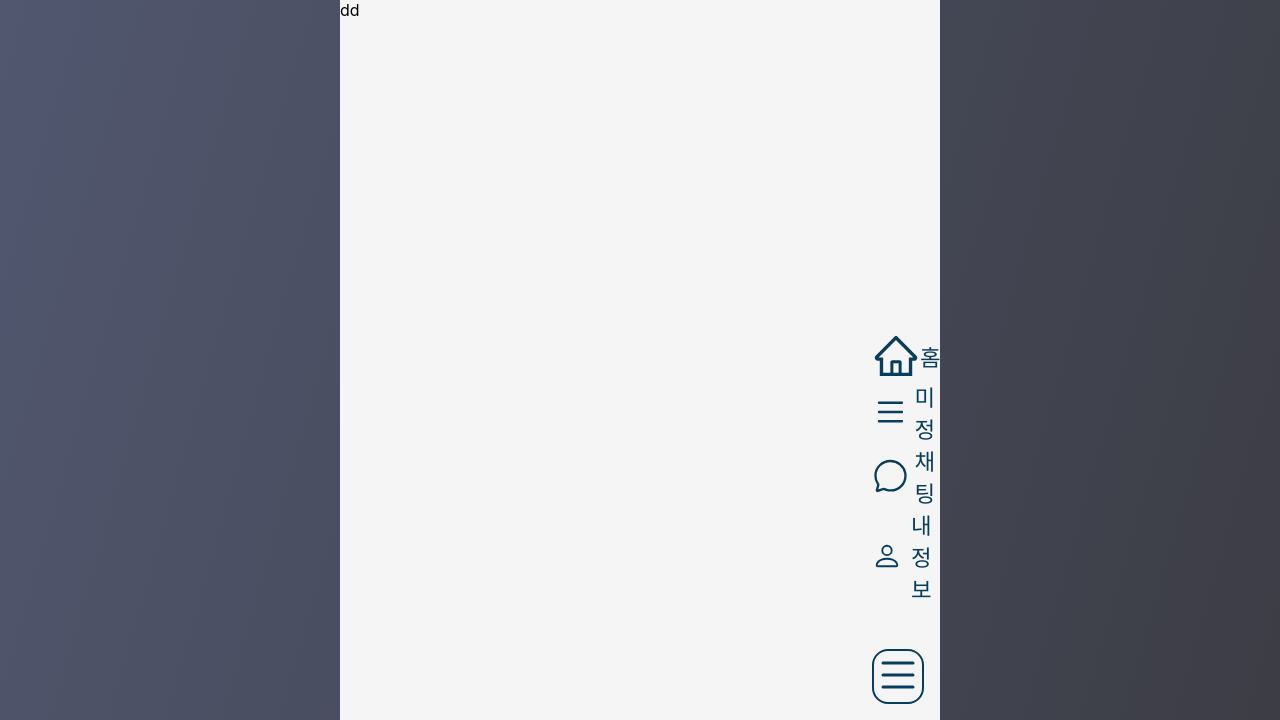
Repository: SeungYn/hanium
Page: /
The author's editor kept a copy of each file at every save. The page is drawn from the files as they stood at one save, then again after the next save.
The browser window is 1280 px wide. The pictures show the whole page.
The project was rebuilt for these pictures with package versions that can differ from the ones it lists, and the page was loaded fresh each time. Also part of the build but not shown: src/App.css, src/components/ReadPopup/ReadPopup.module.css, src/components/ReadPopup/ReadPopup.jsx, src/pages/login/Login.jsx.

Above is the page before, as saved 2022-10-27 13:36:46.

### src/index.js
import React from 'react';
import ReactDOM from 'react-dom/client';
import './index.css';
import App from './App';

import { AuthErrorEventBus, AuthProvider } from './context/AuthContext';
import TokenStorage from './db/token';
import HttpClient from './network/http';
import AuthService from './service/auth';

const baseURL = 'https://d4a8ab3f9df191.lhr.life';
const tokenStorage = new TokenStorage();
const authErrorEventBus = new AuthErrorEventBus();
const httpClient = new HttpClient(baseURL, authErrorEventBus, tokenStorage);
const authService = new AuthService(httpClient, tokenStorage);

const root = ReactDOM.createRoot(document.getElementById('root'));
root.render(
  <React.StrictMode>
    <AuthProvider
      authService={authService}
      authErrorEventBus={authErrorEventBus}
      tokenStorage={tokenStorage}
    >
      <App authService={authService} />
    </AuthProvider>
  </React.StrictMode>
);

### src/index.css
:root {
  --color-darkBlue: #073d5d;
  --color-main: #42a5f5;
  --color-bg-dark: #f5f5f5;
  --color-bg: #fdfffd;
  --color-font: #073d5d;
  --color-accent: #073d5d;
  --color-font-accent: white;
  --color-error-bg: rgba(173, 173, 173, 0.401);
  --color-popup-bg: white;
  /* 사이즈 */
  --font-size-medium: 1.4rem;
  --font-size-small: 1rem;
}

* {
  box-sizing: border-box;
}

html,
body {
  height: 100%;
  width: 100%;
  margin: 0;
  background: rgb(81, 87, 111);
  background: linear-gradient(
    106deg,
    rgba(81, 87, 111, 1) 0%,
    rgba(60, 61, 69, 1) 100%
  );
  accent-color: var(--color-accent);
}
a {
  text-decoration: none;
  color: var(--color-font);
}
ul {
  padding: 0;
  margin: 0;
  list-style: none;
}
#root {
  height: 100%;
  width: 100%;
  max-width: 600px;
  background-color: var(--color-bg-dark);
  margin: auto;
  display: flex;
  flex-direction: column;
  position: relative;
}

button {
  cursor: pointer;
}
body {
  margin: 0;
  font-family: -apple-system, BlinkMacSystemFont, 'Segoe UI', 'Roboto', 'Oxygen',
    'Ubuntu', 'Cantarell', 'Fira Sans', 'Droid Sans', 'Helvetica Neue',
    sans-serif;
  -webkit-font-smoothing: antialiased;
  -moz-osx-font-smoothing: grayscale;
}

code {
  font-family: source-code-pro, Menlo, Monaco, Consolas, 'Courier New',
    monospace;
}

### src/App.js
import { useCallback } from 'react';
import { createBrowserRouter, RouterProvider } from 'react-router-dom';
import './App.css';
import FirstPage from './pages/firstPage/FirstPage';
import Root from './pages/Root';

// const router = createBrowserRouter([
//   {
//     path: '/',
//     element: <Root />,
//     children: [],
//   },
// ]);

function App({ authService }) {
  const router = useCallback(
    createBrowserRouter([
      {
        path: '/',
        element: <Root />,
        children: [
          { index: true, element: <FirstPage authService={authService} /> },
        ],
      },
    ]),
    [authService]
  );
  return <RouterProvider router={router} />;
}

export default App;

### src/context/AuthContext.jsx
import {
  createContext,
  createRef,
  useCallback,
  useContext,
  useEffect,
  useImperativeHandle,
  useMemo,
  useState,
} from 'react';
import ReadPopup from '../components/ReadPopup/ReadPopup';

import Login from '../pages/login/Login';

const AuthContext = createContext({});

const contextRef = createRef();

export function AuthProvider({
  authService,
  authErrorEventBus,
  children,
  tokenStorage,
}) {
  const [user, setUser] = useState(1);
  const [error, setError] = useState(null);

  const context = useMemo(() => ({}), []);

  const onLogin = async ({ loginId, password }) => {
    await authService
      .headerTokenLogin(loginId, password)
      .then((data) => {
        console.log(data);
        tokenStorage.saveUser({
          memberId: data.memberId,
          nickname: data.nickname,
        });
        setUser({ memberId: data.memberId, nickName: data.nickname });
        console.log(tokenStorage.getUser());
        return;
      })
      .catch((error) => {
        setError(error);
      });
  };

  const logout = useCallback(
    async () =>
      await authService.logout().then(() => {
        setUser(undefined);
      }),
    [authService]
  );

  useEffect(() => {
    authErrorEventBus.listen((err) => {
      console.log('err');
      console.log(err);
      setError(err);
      setUser(undefined);
      authService.logout();
    });
  }, [authErrorEventBus]);

  useEffect(() => {
    if (tokenStorage.getUser()) {
      setUser({ ...tokenStorage.getUser() });

      //nav('/');
    }

    //setUser({ token: localStorage.getItem('TOKEN') });
  }, []);

  return (
    <AuthContext.Provider value={context}>
      {user ? (
        children
      ) : (
        <>
          {error && (
            <ReadPopup content={error} onHandler={setError} type={'error'} />
          )}
          <Login authService={authService} onLogin={onLogin} />
        </>
      )}
    </AuthContext.Provider>
  );
}

export class AuthErrorEventBus {
  listen(callback) {
    this.callback = callback;
  }
  notify(error) {
    this.callback(error);
  }
}

export default AuthContext;
export const fetchToken = () => contextRef.current;
export const useAuth = () => useContext(AuthContext);

### src/db/token.js
const TOKEN = 'token';
const USER = 'user';
const USERNICKNAME = 'userNickName';
export default class TokenStorage {
  saveToken(token) {
    localStorage.setItem(TOKEN, token);
  }

  getToken() {
    return localStorage.getItem(TOKEN);
  }

  saveUser(user) {
    console.log(user);
    localStorage.setItem(USER, JSON.stringify(user));
    console.log(localStorage.getItem(USER));
  }

  getUser() {
    return JSON.parse(localStorage.getItem(USER));
  }

  clearToken() {
    console.log('토큰삭제');
    localStorage.clear(TOKEN);
  }
  clearUser() {
    console.log('유저삭제');
    localStorage.clear(USER);
  }
}

### src/network/http.js
export default class HttpClient {
  constructor(baseURL, authErrorEventBus, tokenStorage) {
    this.baseURL = baseURL;
    this.authErrorEventBus = authErrorEventBus;
    this.tokenStorage = tokenStorage;
  }

  async fetch(url, options) {
    console.log(`${this.baseURL}${url}`);
    let res = undefined;
    try {
      res = await fetch(`${this.baseURL}${url}`, {
        ...options,
        headers: {
          'Content-Type': 'application/json',
          ...options.headers,
        },
      });
    } catch (e) {
      const err = new Error('서버와 연결이 안됩니다.');
      throw err;
    }

    console.log(123);
    console.log(res);
    if (res.headers.get('Authorization')) {
      this.tokenStorage.saveToken(
        res.headers.get('Authorization').split(' ')[1]
      );
    }

    let data;
    console.log(res.headers);
    try {
      data = await res.json();
    } catch (error) {
      console.error('데이터 없어서 에러');
    }
    console.log(res);
    if (res.status > 299 || res.status < 200) {
      const message =
        data && data.message ? data.message : 'Something went wrong! 🤪';

      let error = new Error(message);

      if (res.status === 401) {
        console.log('401에러');
        error = new Error('로그인 정보가 잘 못 됐습니다.');
        this.authErrorEventBus.notify(error);
        return;
      }
      if (res.status === 400) {
        error.name = data.code ? data.code : '에러코드 등록 필요';
        console.log(error.message);
        throw error;
      }
      throw error;
    }

    return data;
  }
}

### src/service/auth.js
export default class AuthService {
  constructor(http, tokenStorage) {
    this.http = http;
    this.tokenStorage = tokenStorage;
  }

  //내 정보
  async getMyInfo() {
    const data = await this.http.fetch('/user', {
      method: 'GET',
      headers: this.getHeaders(),
    });
    return data;
  }

  //노드 /signup
  //스프링 /join
  async signup({
    nickname,
    loginId,
    password,
    email,
    sex,
    university,
    dept,
    sno,
  }) {
    console.log(nickname, loginId, password, email, sex, university, dept, sno);
    const data = await this.http.fetch('/auth/join', {
      method: 'POST',
      body: JSON.stringify({
        nickname,
        password,
        loginId,
        email,
        sex,
        university,
        dept,
        sno,
      }),
    });
    //this.tokenStorage.saveToken(data.token);
    return data;
  }

  //헤더로 토큰 받고 로그인
  async headerTokenLogin(loginId, password) {
    console.log(loginId, password);
    const data = await this.http.fetch(`/auth/login`, {
      method: 'POST',
      body: JSON.stringify({ loginId, password }),
    });
    // const res = await fetch(`${this.http.baseURL}/login`, {
    //   method: 'POST',
    //   headers: {
    //     'Content-Type': 'application/json',
    //   },
    //   body: JSON.stringify({ loginId, password }),
    // });

    // let data;
    // try {
    //   data = await res.json();
    // } catch (error) {
    //   console.error(error);
    // }

    // if (res.status > 299 || res.status < 200) {
    //   console.log('승유');
    //   const message =
    //     data && data.message ? data.message : 'Something went wrong! 🤪';
    //   const error = new Error(message);
    //   console.error('error = ', error);

    //   if (res.status === 401) {
    //     this.authErrorEventBus.notify(error);
    //   }
    //   if (res.status === 400) {
    //     error.name = data.code ? data.code : '에러코드 등록 필요';
    //     console.log(error.message);
    //     throw error;
    //   }
    //   throw error;
    // }
    // const token = res.headers.get('Authorization').split(' ')[1];
    // this.tokenStorage.saveToken(token);

    return data;
  }

  //노드서버 /idDuplicate
  //스프링서버 /duplicate-loginId
  async idDuplicateVerification(loginId) {
    const data = await this.http.fetch(`/auth/duplicate-loginId`, {
      method: 'POST',
      body: JSON.stringify({ loginId }),
    });
    return data;
  }

  async nicknameDuplicateVerification(nickname) {
    const data = await this.http.fetch(`/auth/duplicate-nickname`, {
      method: 'POST',
      body: JSON.stringify({ nickname }),
    });
    return data;
  }

  //이메일로 인증번호 받기
  async getEmailAuthenticationNumber(email) {
    console.log(email);
    const data = await this.http.fetch('/auth/mail-auth', {
      method: 'POST',
      body: JSON.stringify({
        email,
      }),
    });
    return data;
  }

  //인증번호 확인
  async authenticationNumberVerification(number) {
    const data = await this.http.fetch('/auth/mailcode-auth', {
      method: 'POST',
      body: JSON.stringify({
        code: number,
      }),
    });
    return data;
  }
  //노드서버 auth/login
  async login(loginId, password) {
    const data = await this.http.fetch('/auth/login', {
      method: 'POST',
      body: JSON.stringify({ loginId, password }),
    });
    this.tokenStorage.saveToken(data.token);
    return data;
  }

  async test() {
    const data = await this.http.fetch('/user', {
      method: 'GET',
      headers: this.getHeaders(),
    });
    return data;
  }

  async me() {
    const token = this.tokenStorage.getToken();
    return this.http.fetch('/me', {
      method: 'GET',
      headers: { Authorization: `Bearer ${token}` },
    });
  }

  async logout() {
    this.tokenStorage.clearToken();
    this.tokenStorage.clearUser();
  }

  getHeaders() {
    const token = this.tokenStorage.getToken();
    return {
      Authorization: `Bearer ${token}`,
    };
  }
}

### src/pages/firstPage/FirstPage.jsx
import React from 'react';

export default function FirstPage() {
  return <div>dd</div>;
}

### src/pages/Root.jsx
import React from 'react';
import { Outlet } from 'react-router-dom';
import Navbar from '../components/Navbar/Navbar';

export default function Root() {
  return (
    <>
      <Outlet />
      <Navbar />
    </>
  );
}

### src/components/Navbar/Navbar.jsx
import React, { useRef, useState } from 'react';
import { NavLink } from 'react-router-dom';
import styles from './Navbar.module.css';
import { AiOutlineHome } from 'react-icons/ai';
import { BsList, BsPerson } from 'react-icons/bs';
import { IoChatbubbleOutline } from 'react-icons/io5';
import { IconContext } from 'react-icons';

export default function Navbar() {
  const navMenuRef = useRef();
  const [navToggle, setNavToggle] = useState(false);
  const handleBtn = (e) => {
    setNavToggle((t) => !t);
  };
  console.log(navToggle ? styles.navAppear : styles.navDisappear);
  return (
    <nav className={styles.nav}>
      <IconContext.Provider value={{ className: styles.reactIcon }}>
        <div
          ref={navMenuRef}
          className={`${styles.navMenu} ${
            navToggle ? styles.navAppear : styles.navDisappear
          }`}
        >
          <NavLink
            to='/'
            className={({ isActive }) =>
              isActive
                ? `${styles.active} ${styles.link}`
                : `${styles.unactive} ${styles.link}`
            }
          >
            <AiOutlineHome />
            <span className={styles.text}>홈</span>
          </NavLink>

          <NavLink
            to='/1'
            className={({ isActive }) =>
              isActive
                ? `${styles.active} ${styles.link}`
                : `${styles.unactive} ${styles.link}`
            }
          >
            <BsList />
            <span className={styles.text}>미정</span>
          </NavLink>

          <NavLink
            to='/2'
            className={({ isActive }) =>
              isActive
                ? `${styles.active} ${styles.link}`
                : `${styles.unactive} ${styles.link}`
            }
          >
            <IoChatbubbleOutline />
            <span className={styles.text}>채팅</span>
          </NavLink>

          <NavLink
            to='/3'
            className={({ isActive }) =>
              isActive
                ? `${styles.active} ${styles.link}`
                : `${styles.unactive} ${styles.link}`
            }
          >
            <BsPerson />
            <span className={styles.text}>내정보</span>
          </NavLink>
        </div>
        <button className={styles.btn} onClick={handleBtn}>
          <BsList />
        </button>
      </IconContext.Provider>
    </nav>
  );
}

### src/pages/login/Login.module.css
button {
  outline: none;
  border: none;
  color: var(--color-font);
  border: 2px solid var(--color-font);
  padding: 0.4rem 0;
  background-color: transparent;
  border-radius: 1rem;
}

button:hover {
  background-color: var(--color-accent);
  color: var(--color-font-accent);
}

.container {
  display: flex;
  flex-direction: column;
  overflow-y: auto;
  align-items: center;
  width: 100%;
}
.authTitle {
  width: 100%;
  text-align: center;
  color: var(--color-font);
}
.authForm {
  width: 100%;
}

.authForm__itemList .authForm__item,
.authForm__itemList .authForm__emailGroup {
  margin-top: 0.6rem;
}

.authForm__emailGroup {
  display: flex;
}

.emailBtn {
  flex: 0 0 20%;
  font-size: var(--font-size-small);
}

label[for='signup'] {
  cursor: pointer;
}

.form_signup {
  margin-top: 0.6rem;
  text-align: center;
}

.auth_btn {
  margin-top: 0.6rem;
  width: 100%;
  font-size: var(--font-size-medium);
  outline: none;
  border: none;
  color: var(--color-font);
  border: 2px solid var(--color-font);
  padding: 0.4rem 0;
  background-color: transparent;
  border-radius: 1rem;
}

.auth_btn:hover {
  background-color: var(--color-accent);
  color: var(--color-font-accent);
}

### src/components/Navbar/Navbar.module.css
.nav {
  position: absolute;
  bottom: 1rem;
  right: 1rem;
  font-size: var(--font-size-medium);
  text-align: center;
  display: flex;
}

.link {
  display: flex;
  align-items: center;
}

.link:hover {
  color: black;
}

.navMenu {
  /* opacity: 0;
  pointer-events: none;
  transition: all 0.1s ease-out; */
  position: absolute;
  transition: height 1s ease-out;
  overflow: hidden;
  bottom: 100px;
  min-height: 0;
}

.navAppear {
}

.navDisappear {
}

.reactIcon {
  font-size: 3rem;
}

.btn {
  padding: 0;
}

/* @keyframes listUp {
  0% {
    height: 0%;
  }
  50% {
    height: 50%;
  }
  100% {
    height: 100%;
  }
} */

Loaded but not shown: public/index.html (common file)

After the next save:
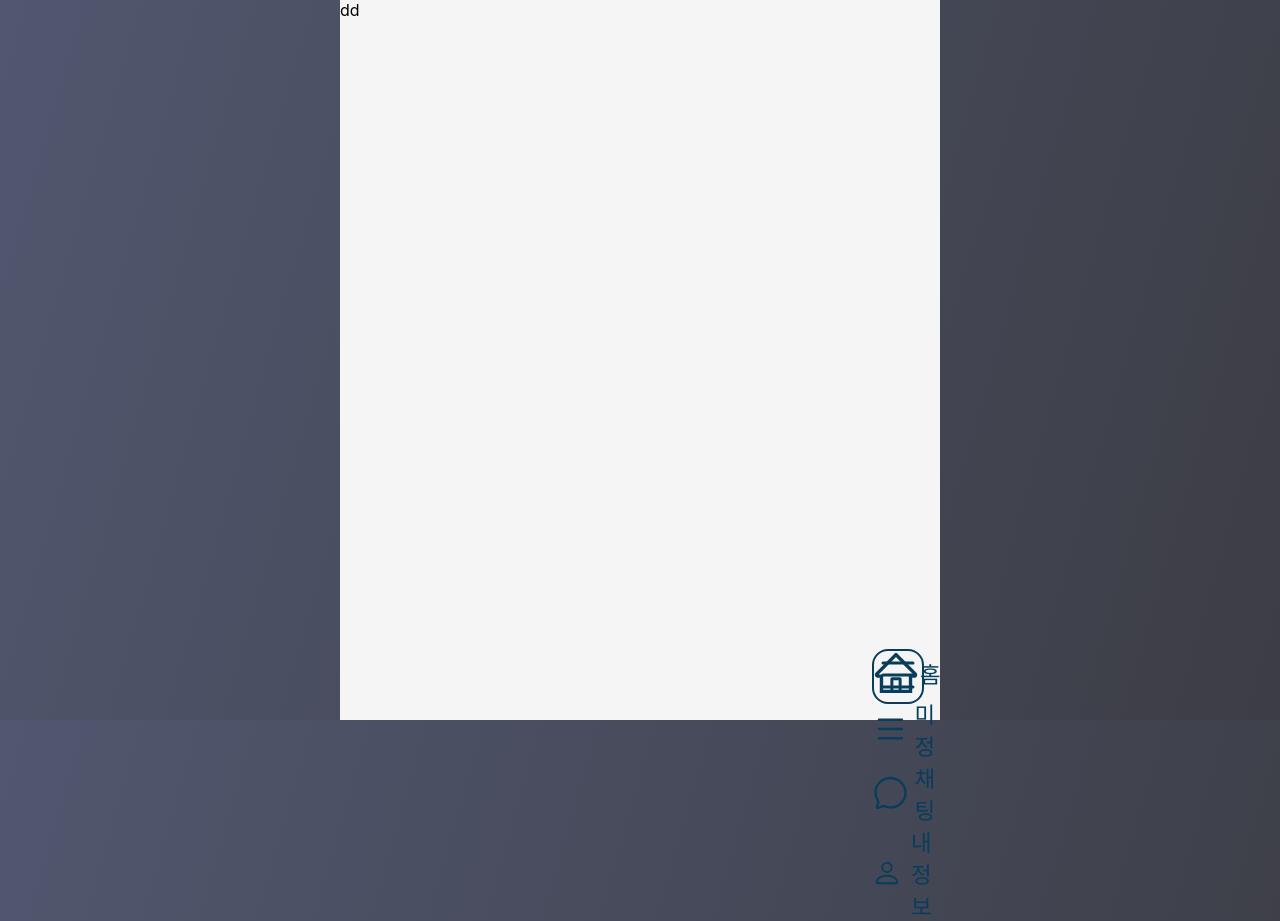
Saved 7 s later.
--- a/src/components/Navbar/Navbar.module.css
+++ b/src/components/Navbar/Navbar.module.css
@@ -23,7 +23,7 @@
   position: absolute;
   transition: height 1s ease-out;
   overflow: hidden;
-  bottom: 100px;
+
   min-height: 0;
 }
 
